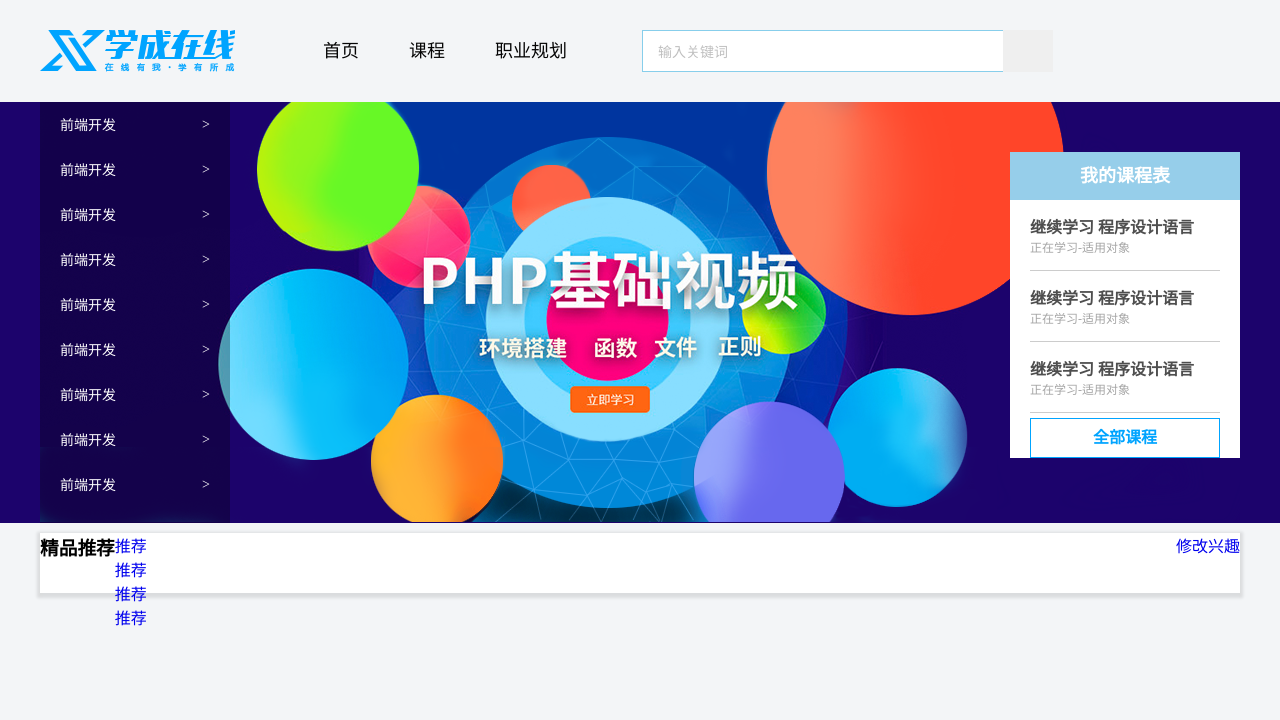
Repository: R1Deemo/Web-Project
Page: index..html
These files come from the project's save history. The page is drawn as it stood at one moment and after the next save; the edit follows.
The browser window is 1280 px wide. The pictures show the whole page.

Above is the page before, as saved 2022-03-09 19:01:25.

### index..html
<!DOCTYPE html>
<html lang="en">

<head>
    <meta charset="UTF-8">
    <meta http-equiv="X-UA-Compatible" content="IE=edge">
    <meta name="viewport" content="width=device-width, initial-scale=1.0">
    <title>测试页面</title>
    <link rel="stylesheet" href="style.css">
</head>

<body>
    <!--头部模块 -->
    <div class="header w">
        <div class="logo">
            <img src="images/学成在线.png" alt="">
        </div>
        <!-- 实际开发中要用li+a的做法做导航栏 -->
        <div class="nav">
            <ul>
                <li>
                    <a href="#">首页</a>
                </li>
                <li>
                    <a href="#">课程</a>
                </li>
                <li>
                    <a href="#">职业规划</a>
                </li>

            </ul>
        </div>
        <!-- 搜索模块 -->
        <div class="search">
            <input type="text" value="输入关键词">
            <button></button>

        </div>

    </div>
    <!-- 头部区域结束 -->
    <!-- banner部分开始 -->
    <div class="banner">
        <div class="w">
            <div class="subnav">
                <ul>
                    <li><a href="#">前端开发<span>&gt</span></a></li>
                    <li><a href="#">前端开发<span>&gt</span></a></li>
                    <li><a href="#">前端开发<span>&gt</span></a></li>
                    <li><a href="#">前端开发<span>&gt</span></a></li>
                    <li><a href="#">前端开发<span>&gt</span></a></li>
                    <li><a href="#">前端开发<span>&gt</span></a></li>
                    <li><a href="#">前端开发<span>&gt</span></a></li>
                    <li><a href="#">前端开发<span>&gt</span></a></li>
                    <li><a href="#">前端开发<span>&gt</span></a></li>

                </ul>

            </div>
            <div class="course">
                <h2>我的课程表</h2>
                <div class="bd">
                    <ul>
                        <li>
                            <h4>继续学习 程序设计语言</h4>
                            <p>正在学习-适用对象</p>
                        </li>
                        <li>
                            <h4>继续学习 程序设计语言</h4>
                            <p>正在学习-适用对象</p>
                        </li>
                        <li>
                            <h4>继续学习 程序设计语言</h4>
                            <p>正在学习-适用对象</p>
                        </li>
                    </ul>
                    <a href="#" class="more">全部课程</a>
                </div>

            </div>
        </div>

    </div>
    <!-- banner区域结束 -->
    <!-- 精品推荐模块开始 -->
    <div class="goods w">
        <h3>精品推荐</h3>
        <ul>
            <li><a href="#">推荐</a></li>
            <li><a href="#">推荐</a></li>
            <li><a href="#">推荐</a></li>
            <li><a href="#">推荐</a></li>

        </ul>
        <a href="#" class="mod">修改兴趣</a>
    </div>



</body>

</html>

### style.css
* {
    margin: 0;
    padding: 0;
}

.w {
    width: 1200px;
    margin: 0 auto;
}

body {
    background-color: #f3f5f7;
}

li {
    list-style: none;
}

a {
    text-decoration: none;
}

.header {
    height: 42px;
    /* background-color: pink; */
    margin: 30px auto;
}

.logo {
    float: left;
    width: 198px;
    height: 42px;
}

.nav {
    float: left;
    margin-left: 60px;
}

.nav ul li {
    float: left;
    margin: 0 15px;
}

.nav ul li a {
    display: block;
    height: 42px;
    padding: 0 10px;
    line-height: 42px;
    font-size: 18px;
    color: #050505;
}

.nav ul li a:hover {
    border-bottom: 2px solid #00a4ff;
}

.search {
    float: left;
    width: 412px;
    height: 42px;
    margin-left: 50px;
}

.search input {
    float: left;
    width: 345px;
    height: 40px;
    border: 1px solid skyblue;
    border-right: 0;
    color: #bfbfbf;
    font-size: 14px;
    padding-left: 15px;
}

.search button {
    float: left;
    width: 50px;
    height: 42px;
    border: 0;
    /* background: url(images/搜索.png); */
}

.banner {
    background-color: #1c036c;
    height: 421px;
}

.banner .w {
    background: url(images/banner2.png) no-repeat top center;
    height: 421px;
}

.subnav {
    float: left;
    width: 190px;
    height: 421px;
    background-color: rgba(0, 0, 0, .3);
}

.subnav ul li {
    height: 45px;
    line-height: 45px;
    padding: 0 20px;
}

.subnav ul li a {
    font-size: 14px;
    color: #fff;
}

.subnav ul li a span {
    float: right;
}

.subnav ul li a:hover {
    color: #00a4ff;
}

.course {
    float: right;
    margin-top: 50px;
    width: 230px;
    height: 300px;
    /* background-color: #fff; */
}

.course h2 {
    height: 48px;
    background-color: #96ceea;
    font-size: 18px;
    line-height: 48px;
    text-align: center;
    color: #fff;
}

.bd {
    padding: 0 20px;
    background-color: white;
}

.bd ul li h4 {
    font-size: 16px;
    color: #4e4e4e;
}

.bd ul li p {
    font-size: 12px;
    color: #a5a5a5;
}

.bd ul li {
    border-bottom: 1px solid #ccc;
    padding: 14px 0;
}

.bd .more {
    display: block;
    margin-top: 5px;
    height: 38px;
    border: 1px solid #00a4ff;
    text-align: center;
    line-height: 38px;
    color: #00a4ff;
    font-size: 16px;
    font-weight: 700;
}

.goods {
    height: 60px;
    background-color: #fff;
    box-shadow: 0 2px 3px 3px rgba(0, 0, 0, .1);
    margin-top: 10px;
}

.goods h3 {
    float: left;
}

.goods ul {
    float: left;
}

.goods a {
    float: right;
}

After the next save:
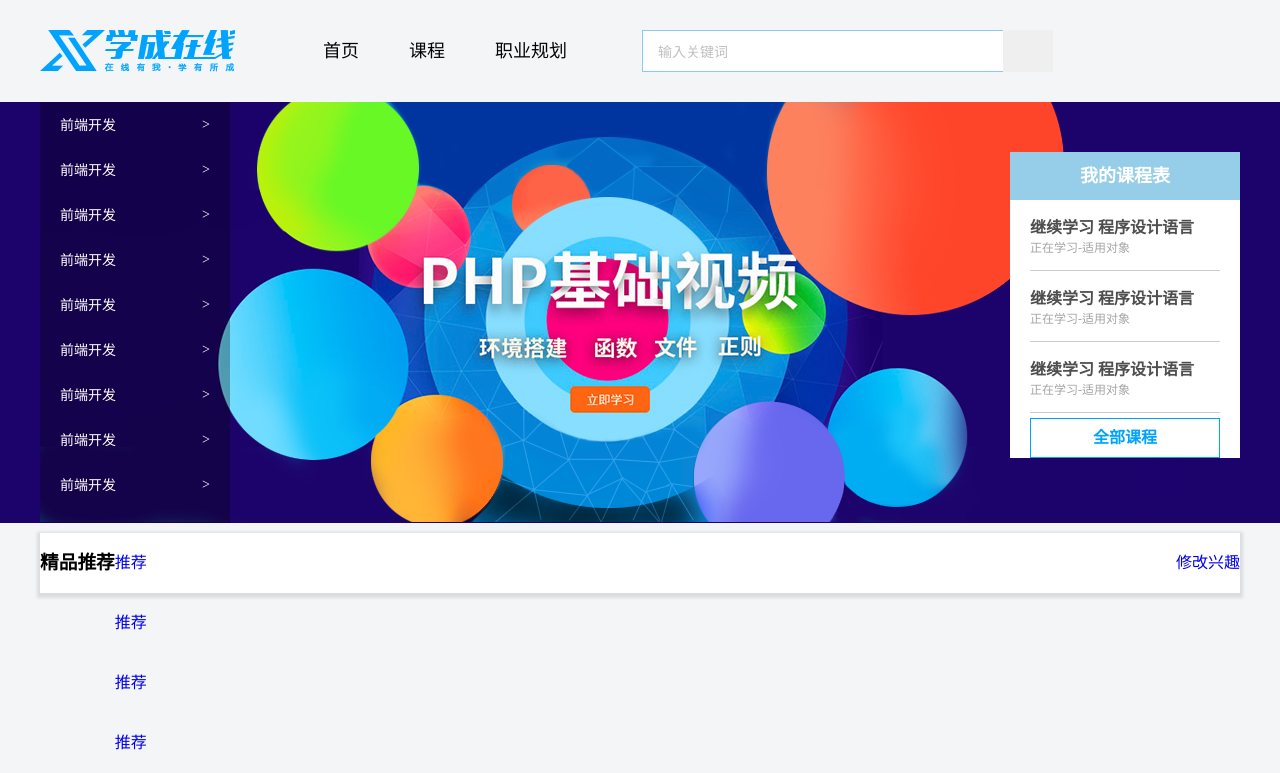
Saved 48 s later.
--- a/style.css
+++ b/style.css
@@ -171,6 +171,7 @@
     background-color: #fff;
     box-shadow: 0 2px 3px 3px rgba(0, 0, 0, .1);
     margin-top: 10px;
+    line-height: 60px;
 }
 
 .goods h3 {
@@ -181,6 +182,6 @@
     float: left;
 }
 
-.goods a {
+.mod {
     float: right;
 }
